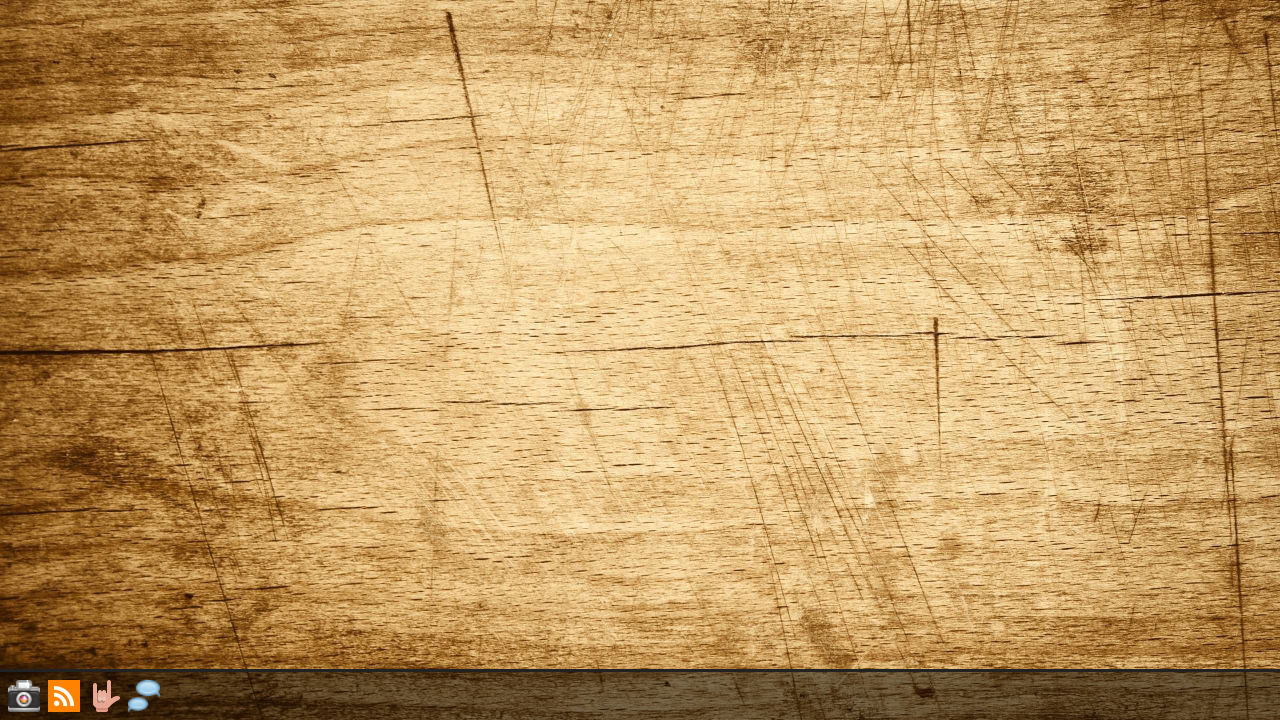
Repository: dv222bk/1dv403-laborationer
Page: 5-pwd/index.html
The author's editor kept a record of every edit. The page is drawn from the files as they stood at one moment, then again after the next edit.
The browser window is 1280 px wide. The pictures show the whole page.

Above is the page before.
Console error: TypeError: Cannot set properties of undefined (setting 'onclick')

### 5-pwd/index.html
<!DOCTYPE html>
<html>
    <head>
    	<meta charset="UTF-8" />
    	<title>Laboration 5 - PWD</title>
    	<link rel="stylesheet" type="text/css" href="DESKTOPAPP/css/desktopstyle.css" />
    	<link rel="stylesheet" type="text/css" href="DESKTOPAPP/apps/imageviewer/css/imageviewerstyle.css" />
    	<link rel="stylesheet" type="text/css" href="DESKTOPAPP/apps/rssreader/css/rssreaderstyle.css" />
    	<link rel="stylesheet" type="text/css" href="DESKTOPAPP/apps/memory/css/memorystyle.css" />
    </head>
    <body>
        <div id="desktop"></div>
        <script type="text/javascript" src="DESKTOPAPP/script/desktop.js"></script>
        <script type="text/javascript" src="DESKTOPAPP/script/desktopwindow.js"></script>
        <script type="text/javascript" src="DESKTOPAPP/apps/imageviewer/script/imageviewerapp.js"></script>
        <script type="text/javascript" src="DESKTOPAPP/apps/rssreader/script/rssreaderapp.js"></script>
        <script type="text/javascript" src="DESKTOPAPP/apps/memory/script/memoryapp.js"></script>
        <script type="text/javascript" src="DESKTOPAPP/apps/memory/script/random.js"></script>
        <script type="text/javascript" src="script/script.js"></script>
    </body>
</html>

### 5-pwd/DESKTOPAPP/css/desktopstyle.css
/*
* Reset all original styles
*/
/* http://meyerweb.com/eric/tools/css/reset/
   v2.0 | 20110126
   License: none (public domain)
*/

html, body, div, span, applet, object, iframe,
h1, h2, h3, h4, h5, h6, p, blockquote, pre,
a, abbr, acronym, address, big, cite, code,
del, dfn, em, img, ins, kbd, q, s, samp,
small, strike, strong, sub, sup, tt, var,
b, u, i, center,
dl, dt, dd, ol, ul, li,
fieldset, form, label, legend,
table, caption, tbody, tfoot, thead, tr, th, td,
article, aside, canvas, details, embed,
figure, figcaption, footer, Header, hgroup,
menu, nav, output, ruby, section, summary,
time, mark, audio, video, main {
	margin: 0;
	padding: 0;
	border: 0;
	font-size: 100%;
	font: inherit;
	vertical-align: baseline;
}
/* HTML5 display-role reset for older browsers */
article, aside, details, figcaption, figure,
footer, Header, hgroup, main, menu, nav, section {
	display: block;
}
body {
	line-height: 1;
}
ol, ul {
	list-style: none;
}
blockquote, q {
	quotes: none;
}
blockquote:before, blockquote:after,
q:before, q:after {
	content: '';
	content: none;
}
table {
	border-collapse: collapse;
	border-spacing: 0;
}

/*     START OF CSS CHANGES     */
.desktopApp {
    position: absolute;
    top: 0;
    bottom: 0;
    height: 100%;
    width: 100%;
    overflow: hidden;
    background: url(../pics/background.jpg) no-repeat center center fixed;
    -webkit-background-size: cover;
    -moz-background-size: cover;
    -o-background-size: cover;
    background-size: cover;
}
.desktopApp .overlay {
     visibility: hidden;
     position: absolute;
     left: 0px;
     top: 0px;
     width: 100%;
     height: 100%;
     background-color: #000000;
     background-color: rgba(0, 0, 0, 0.8);
}
.desktopApp .overlay .alertWindow {
    width: auto;
    padding: 3em;
    background-color: #e1dcc7;
    border: 0.3em solid #C7C2B0;
    border-radius: 1em;
    position: absolute;
    top: 50%;
    left: 50%;
    transform: translate(-50%, -50%);
}
.desktopApp .overlay .alertWindow p {
    float: left;
    display: inline-block;
}
.desktopApp .overlay .alertWindow input[type=radio] {
    float: left;
    clear: left;
    margin-bottom: 1em;
    display: block;
}
.desktopApp .overlay .alertWindow input[type=text] {
    float: left;
    margin-bottom: 1em;
    display: block;
}
.desktopApp .overlay .alertWindow button {
    margin-left: 1em;
    float: left;
}
.desktopApp .overlay .alertWindow select {
    float: left;
}
.desktopApp .overlay .screenSaver {
    position: absolute;
    font-size: 5em;
    color: #FFFFFF;
    top: 25%;
    left: 25%;
    -webkit-transition: 2s ease-in-out;
    -moz-transition: 2s ease-in-out;
    -o-transition: 2s ease-in-out;
    transition: 2s ease-in-out;
}
.desktopApp .desktopToolbar {
    position: absolute;
    bottom: 0;
    width: 100%;
    height: 2.5em;
    padding: 0.5em 0em 0em 0.5em;
    background-color: #000000;
    background-color: rgba(0, 0, 0, 0.5);
    border-top: 0.2em solid #222222;
}
.desktopApp .desktopToolbar .appIcon, .desktopApp .desktopToolbar .closeAllWindows {
    height: 2em;
    width: 2em;
    margin-right: 0.5em;
    -webkit-transition: 0.1s ease;
    -moz-transition: 0.1s ease;
    -o-transition: 0.1s ease;
    transition: 0.1s ease;
}
.desktopApp .desktopToolbar .closeAllWindows {
    position: absolute;
    bottom: 0;
    right: 0;
}
.desktopApp .desktopToolbar .appIcon:hover, .desktopApp .desktopToolbar .closeAllWindows:hover {
    transform: scale(1.2);
}
.desktopApp .windowHolder {
    position: absolute;
    width: 30em;
    border-left: 0.2em solid black;
    border-right: 0.2em solid black;
    border-radius: 1em; /* If this is changed, don't forget to edit it in desktopWindow.js createWindow() */
    border-bottom-right-radius: 0;
    overflow: hidden;
    box-shadow: 2px 2px 5px #000000;
}
.desktopApp .windowHeader, .desktopApp .windowStatus {
    width: 100%;
    height: 2em;
    background-color: #111111;
    -webkit-touch-callout: none;
    -webkit-user-select: none;
    -khtml-user-select: none;
    -moz-user-select: none;
    -ms-user-select: none;
    user-select: none;
}
.desktopApp .windowHeader {
    height: 3em;
    position: relative;
    border-top-left-radius: 0.3em;
    border-top-right-radius: 0.3em;
    z-index: 1;
}
.desktopApp .windowHeader div {
    width: 100%;
    height: 1.8em;
    cursor: pointer;
}
.desktopApp .windowHeader div:active {
    cursor: move;
}
.desktopApp .windowHeader p, .desktopApp .windowHeader .contextMenu {
    font: bold 0.8em Arial, Helvetica, sans-serif;
    color: #FFFFFF;
    margin-top: 0.7em;
    float: left;
    cursor: default;
}
.desktopApp .windowHeader img {
    margin: 0.5em 1em 0 0.5em;
    height: 1em;
    width: 1em;
    float: left;
}
.desktopApp .windowHeader button {
    width: 4em;
    margin: 0.4em;
    font-weight: bolder;
    background-color: #772118;
    border: 0.1em solid #666666;
    border-radius: 0.2em;
    color: #FFFFFF;
    float: right;
    cursor: pointer;
}
.desktopApp .windowHeader button:hover {
    background-color: #E6473D;
}
.desktopApp .windowHeader .contextMenu {
    clear: both;
    position: relative;
    width: 100%;
    margin: 0 0.5em;
}
.desktopApp .windowHeader .contextMenu img {
    width: 2em;
    height: 2em;
    margin-top: 1em;
}
.desktopApp .windowHeader .contextMenu li {
    display: inline-block;
    padding: 0 1em;
    cursor: pointer;
}
.desktopApp .windowHeader .contextMenu ul {
    display: none;
    position: absolute;
    top: 1.3em;
    list-style: none;
    background-color: #000000;
}
.desktopApp .windowHeader .contextMenu li ul li {
    padding: 0;
    float: left;
    clear: both;
    width: 100%;
}
.desktopApp .windowHeader .contextMenu li ul li a {
    display: block;
    padding-right: 1em;
    line-height: 4em;
}
.desktopApp .windowHeader .contextMenu li:hover, .desktopApp .windowHeader .contextMenu li ul li:hover {
    background-color: #555555;
}
.desktopApp .windowBody {
    width: 100%;
    height: 21em;
    position: relative;
    max-height: 21em;
    background-color: #FFFFFF;
    overflow-y: auto;
    word-wrap: break-word;
}
.desktopApp .windowStatus {
    font: bold 0.7em Arial, Helvetica, sans-serif;
    border-bottom-left-radius: 0.3em; /* If this is changed, don't forget to edit it in desktopWindow.js createWindow() */
    color: #CCCCCC;
    width: 99%;
    padding: 0.5em 0 0 1%;
}
.desktopApp .windowStatus p {
    display: inline;
}
.desktopApp .windowStatus .windowResize {
    float: right;
    width: 1em;
    height: 1em;
    margin-top: 0.5em;
    padding: 0.5em 0 0 0.5em;
    background-image: url(../pics/menuIcons/resize.png);
    background-position: bottom right;
    background-repeat: no-repeat;
    cursor: se-resize;
}

### 5-pwd/DESKTOPAPP/apps/imageviewer/css/imageviewerstyle.css
/*
* Reset all original styles
*/
/* http://meyerweb.com/eric/tools/css/reset/
   v2.0 | 20110126
   License: none (public domain)
*/

html, body, div, span, applet, object, iframe,
h1, h2, h3, h4, h5, h6, p, blockquote, pre,
a, abbr, acronym, address, big, cite, code,
del, dfn, em, img, ins, kbd, q, s, samp,
small, strike, strong, sub, sup, tt, var,
b, u, i, center,
dl, dt, dd, ol, ul, li,
fieldset, form, label, legend,
table, caption, tbody, tfoot, thead, tr, th, td,
article, aside, canvas, details, embed,
figure, figcaption, footer, Header, hgroup,
menu, nav, output, ruby, section, summary,
time, mark, audio, video, main {
	margin: 0;
	padding: 0;
	border: 0;
	font-size: 100%;
	font: inherit;
	vertical-align: baseline;
}
/* HTML5 display-role reset for older browsers */
article, aside, details, figcaption, figure,
footer, Header, hgroup, main, menu, nav, section {
	display: block;
}
body {
	line-height: 1;
}
ol, ul {
	list-style: none;
}
blockquote, q {
	quotes: none;
}
blockquote:before, blockquote:after,
q:before, q:after {
	content: '';
	content: none;
}
table {
	border-collapse: collapse;
	border-spacing: 0;
}

/*     START OF CSS CHANGES     */
.imageViewerApp {
    min-width: 100%;
    min-height: 100%;
    background-color: #e1dcc7;
}
.imageViewerApp a {
    padding: 0.7em;
    margin: 0.5em;
    border-radius: 0.7em;
    background-color: #c7c2b0;
    border: 0.1em solid #bdb8a7;
    display: inline-block;
    transition: 0.1s ease;
}
.imageViewerApp a:hover {
    transform: scale(1.1);
}
.imageViewerApp img {
    display: block;
    margin-left: auto;
    margin-right: auto;
}

### 5-pwd/DESKTOPAPP/apps/rssreader/css/rssreaderstyle.css
/*
* Reset all original styles
*/
/* http://meyerweb.com/eric/tools/css/reset/
   v2.0 | 20110126
   License: none (public domain)
*/

html, body, div, span, applet, object, iframe,
h1, h2, h3, h4, h5, h6, p, blockquote, pre,
a, abbr, acronym, address, big, cite, code,
del, dfn, em, img, ins, kbd, q, s, samp,
small, strike, strong, sub, sup, tt, var,
b, u, i, center,
dl, dt, dd, ol, ul, li,
fieldset, form, label, legend,
table, caption, tbody, tfoot, thead, tr, th, td,
article, aside, canvas, details, embed,
figure, figcaption, footer, Header, hgroup,
menu, nav, output, ruby, section, summary,
time, mark, audio, video, main {
	margin: 0;
	padding: 0;
	border: 0;
	font-size: 100%;
	font: inherit;
	vertical-align: baseline;
}
/* HTML5 display-role reset for older browsers */
article, aside, details, figcaption, figure,
footer, Header, hgroup, main, menu, nav, section {
	display: block;
}
body {
	line-height: 1;
}
ol, ul {
	list-style: none;
}
blockquote, q {
	quotes: none;
}
blockquote:before, blockquote:after,
q:before, q:after {
	content: '';
	content: none;
}
table {
	border-collapse: collapse;
	border-spacing: 0;
}

/*     START OF CSS CHANGES     */
.RSSReaderApp {
    min-width: 100%;
    min-height: 100%;
    background-color: #e1dcc7;
}
.RSSReaderApp .RSSFeed {
    width: 100%;
}
.RSSReaderApp a:not(:first-child) {
    display: block;
}
.RSSReaderApp h2 {
    width: 96%;
    font-weight: bolder;
    font-size: 0.9em;
    padding: 2%;
    margin-top: 1em;
    background-color: #c7c2b0;
    display: inline-block;
}
.RSSReaderApp img {
    display: block;
    max-width: 100%;
    margin-left: auto;
    margin-right: auto;
}

### 5-pwd/DESKTOPAPP/apps/memory/css/memorystyle.css
/*
* Reset all original styles
*/
/* http://meyerweb.com/eric/tools/css/reset/
   v2.0 | 20110126
   License: none (public domain)
*/

html, body, div, span, applet, object, iframe,
h1, h2, h3, h4, h5, h6, p, blockquote, pre,
a, abbr, acronym, address, big, cite, code,
del, dfn, em, img, ins, kbd, q, s, samp,
small, strike, strong, sub, sup, tt, var,
b, u, i, center,
dl, dt, dd, ol, ul, li,
fieldset, form, label, legend,
table, caption, tbody, tfoot, thead, tr, th, td,
article, aside, canvas, details, embed,
figure, figcaption, footer, Header, hgroup,
menu, nav, output, ruby, section, summary,
time, mark, audio, video, main {
	margin: 0;
	padding: 0;
	border: 0;
	font-size: 100%;
	font: inherit;
	vertical-align: baseline;
}
/* HTML5 display-role reset for older browsers */
article, aside, details, figcaption, figure,
footer, Header, hgroup, main, menu, nav, section {
	display: block;
}
body {
	line-height: 1;
}
ol, ul {
	list-style: none;
}
blockquote, q {
	quotes: none;
}
blockquote:before, blockquote:after,
q:before, q:after {
	content: '';
	content: none;
}
table {
	border-collapse: collapse;
	border-spacing: 0;
}

/* CSS TRANSITIONS http://stackoverflow.com/questions/11679567/using-css-for-fade-in-effect-on-page-load*/

@keyframes fadeout {
    from { opacity: 1; }
    to   { opacity: 0; }
}

/* Firefox < 16 */
@-moz-keyframes fadeout {
    from { opacity: 1; }
    to   { opacity: 0; }
}

/* Safari, Chrome and Opera > 12.1 */
@-webkit-keyframes fadeout {
    from { opacity: 1; }
    to   { opacity: 0; }
}

/* Internet Explorer */
@-ms-keyframes fadeout {
    from { opacity: 1; }
    to   { opacity: 0; }
}

/* Opera < 12.1 */
@-o-keyframes fadeout {
    from { opacity: 1; }
    to   { opacity: 0; }
}

/*     START OF CSS CHANGES     */
.MemoryGame {
    background-color: #FFFFFF;
    display: block;
    width: 100%;
    height: 100%;
    overflow: hidden;
}
.MemoryGame div {
    float: left;
    display: inline;
    clear: both;
    width: auto;
}
.MemoryGame img {
    width: 3em;
    margin: 0.15em;
}
.MemoryGame p {
    float: left;
}
.MemoryGame .complete {
    -webkit-animation: fadeout 1s; /* Safari, Chrome and Opera > 12.1 */
    -moz-animation: fadeout 1s; /* Firefox < 16 */
    -ms-animation: fadeout 1s; /* Internet Explorer */
    -o-animation: fadeout 1s; /* Opera < 12.1 */
    animation: fadeout 1s;
    opacity: 0;
}

### 5-pwd/DESKTOPAPP/script/desktop.js
"use strict";

var DESKTOPAPP = DESKTOPAPP || {};

DESKTOPAPP.Desktop = function(elementID) {
    var openWindows, lastWindowX, lastWindowY, zIndex, idleTime, increaseIdleTimeInterval, screenSaverInterval;
    var that = this;

    /* root element */
    this.root = document.getElementById(elementID);

    /* app holder */
    this.apps =
    [
        {
            "name": "ImageViewer",
            "iconURL": "DESKTOPAPP/pics/appIcons/imageViewer.png",
            "appURL": DESKTOPAPP.apps.ImageViewer
        },
        {
            "name": "RSSReader",
            "iconURL": "DESKTOPAPP/pics/appIcons/RSSReader.png",
            "appURL": DESKTOPAPP.apps.RSSReader
        },
        {
            "name": "Memory",
            "iconURL": "DESKTOPAPP/pics/appIcons/memory.png",
            "appURL": DESKTOPAPP.apps.Memory
        },
        {
            "name": "LabbyMezzage",
            "iconURL": "DESKTOPAPP/pics/appIcons/labbymezzage.png",
            "appURL": DESKTOPAPP.apps.LabbyMezzage
        }
    ];

    openWindows = [];
    lastWindowX = 20;
    lastWindowY = 20;
    zIndex = 1;
    idleTime = 0;
    increaseIdleTimeInterval = setInterval(increaseIdleTime, 10000);

    document.onmousemove = function() {
        that.stopScreenSaver();
    };

    document.onkeypress = function() {
        that.stopScreenSaver();
    };

    function increaseIdleTime() {
        idleTime += 1;
        if(idleTime === 6) {
            that.startScreenSaver();
        }
    }

    this.resetIdleTime = function() {
        idleTime = 0;
    };

    this.getIdleTime = function() {
        return idleTime;
    };

    this.clearScreenSaverInterval = function() {
        screenSaverInterval = null;
    };

    this.setScreenSaverInterval = function(interval) {
        screenSaverInterval = interval;
    };

    this.getWindows = function() {
        return openWindows;
    };
    this.addWindow = function(windowHolder) {
        openWindows.push(windowHolder);
        windowHolder.style.zIndex = zIndex;
        this.root.querySelector(".desktopToolbar").style.zIndex = zIndex + 1;
        this.increaseZIndex();
    };
    this.setLastWindowX = function(xCord) {
        lastWindowX = xCord;
    };
    this.getLastWindowX = function() {
        return lastWindowX;
    };
    this.setLastWindowY = function(yCord) {
        lastWindowY = yCord;
    };
    this.getLastWindowY = function() {
        return lastWindowY;
    };
    this.getZIndex = function() {
        return zIndex;
    };
    this.increaseZIndex = function() {
        zIndex += 1;
    };

    this.overlay;

    /* Close window menu when clicking somewhere other than the menu */
    document.onmousedown = function(e) {
        var menu, i, k;
        for(i = 0; i < openWindows.length; i += 1) {
            menu = openWindows[i].querySelectorAll(".contextMenu ul ");
            for (k = 0; k < menu.length; k++) {
                if(menu[k].style.display !== "none" && menu[k] !== e.target && menu[k].parentNode !== e.target) {
                    menu[k].style.display = "none";
                }
            }
        }
    };

    this.createApp();
};

DESKTOPAPP.Desktop.prototype.createApp = function() {
    var appbody, toolbar, appLink, app, i, closeAllWindowsLink, closeAllWindows;
    var that = this;

    /* AppBody */
    appbody = document.createElement("section");
    appbody.className = "desktopApp";
    this.root.appendChild(appbody);

    /* overlay */
    this.overlay = document.createElement("div");
    this.overlay.className = "overlay";
    this.overlay.onmousedown = function(e) {
        if(e.target === this) {
            e.preventDefault();
            that.toggleOverlay();
            return false;
        }
    };
    appbody.appendChild(this.overlay);

    /* Toolbar */
    toolbar = document.createElement("div");
    toolbar.className = "desktopToolbar";
    appbody.appendChild(toolbar);

    /* Apps */
    for(i = 0; i < this.apps.length; i += 1) {
        appLink = document.createElement("a");
        appLink.app = i;
        appLink.onclick = function(e) {
            e.preventDefault();
            new that.apps[this.app].appURL(this.app, that);
            return false;
        };
        app = document.createElement("img");
        app.alt = "Klicka för att starta " + this.apps[i].name + " appen";
        app.title = this.apps[i].name;
        app.src = this.apps[i].iconURL;
        app.className = "appIcon";
        appLink.appendChild(app);
        toolbar.appendChild(appLink);
    }

    /* Close all Windows icon */
    closeAllWindowsLink = document.createElement("a");
    closeAllWindowsLink.className = "closeAllWindows";
    closeAllWindows.onclick = function(e) {
        e.preventDefault();
        that.closeAllWindows();
        return false;
    };
    toolbar.appendChild(closeAllWindowsLink);

    closeAllWindows = document.createElement("img");
    closeAllWindows.alt = "Klicka här för att stänga alla öppna fönster";
    closeAllWindows.title = "Stäng alla öppna fönster";
    closeAllWindows.src = "DESKTOPAPP/pics/appIcons/closeallwindows.png";
    closeAllWindowsLink.appendChild(closeAllWindows);
};

/* http://www.kirupa.com/html5/get_element_position_using_javascript.htm */
DESKTOPAPP.Desktop.prototype.getWindowCords = function(windowHolder) {
    var xPosition, yPosition, maxX, maxY;

    yPosition = 0;
    xPosition = 0;

    if(windowHolder !== undefined) {
        maxX = window.innerWidth - windowHolder.offsetWidth - 40;
        maxY = window.innerHeight - windowHolder.offsetHeight - this.root.querySelector(".desktopToolbar").offsetHeight;
    }

    while(windowHolder) {
        xPosition += (windowHolder.offsetLeft - windowHolder.scrollLeft + windowHolder.clientLeft);
        yPosition += (windowHolder.offsetTop - windowHolder.scrollTop + windowHolder.clientTop);
        windowHolder = windowHolder.offsetParent;
    }

    if(xPosition >= maxX) {
        xPosition = 0;
    }
    if(yPosition >= maxY) {
        yPosition = 0;
    }

    return { x: xPosition, y: yPosition };
};

DESKTOPAPP.Desktop.prototype.updateLastWindowCords = function() {
    var cords;
    cords = this.getWindowCords(this.getWindows()[this.getWindows().length - 1]);
    this.setLastWindowX(cords.x);
    this.setLastWindowY(cords.y);
};

DESKTOPAPP.Desktop.prototype.removeWindow = function(windowHolder) {
    var index = this.getWindows().indexOf(windowHolder);
    if (index > -1) {
        windowHolder.parentNode.removeChild(windowHolder);
        if (typeof windowHolder.windowClass.closeWindow == 'function') {
            windowHolder.windowClass.closeWindow();
        }
        this.getWindows().splice(index, 1);
    }
};

DESKTOPAPP.Desktop.prototype.closeAllWindows = function() {
    var i;
    for (i = 0; i < this.getWindows().length; i += 1) {
        this.removeWindow(this.getWindows()[i]);
    }
};

DESKTOPAPP.Desktop.prototype.makeWindowLast = function(windowHolder) {
    if(this.getWindows().indexOf(windowHolder) !== (this.getWindows().length - 1)) {
        this.removeWindow(windowHolder);
        this.addWindow(windowHolder);
    }
};

DESKTOPAPP.Desktop.prototype.toggleOverlay = function() {
    if(this.overlay.style.visibility === "visible") {
        this.overlay.style.visibility = "hidden";
        this.overlay.innerHTML = "";
    } else {
        this.overlay.style.visibility = "visible";
    }
    this.overlay.style.zIndex = this.getZIndex() + 1;
};

DESKTOPAPP.Desktop.prototype.startScreenSaver = function() {
    var text;
    text = document.createElement("p");
    text.className = "screenSaver";
    text.innerHTML = "SCREENSAVER";
    this.setScreenSaverInterval(setInterval(moveText, 2000));
    this.overlay.appendChild(text);
    this.toggleOverlay();

    function moveText() {
        var randomNumber = Math.floor((Math.random() * 80));
        text.style.top = randomNumber + "%";
        randomNumber = Math.floor((Math.random() * 60));
        text.style.left = randomNumber + "%";

        randomNumber = Math.floor((Math.random() * 9) + 1);
        switch(randomNumber) {
            case 1:
                text.style.color = "#FF8300";
                break;
            case 2:
                text.style.color = "#48A5F8";
                break;
            case 3:
                text.style.color = "#EF5F20";
                break;
            case 4:
                text.style.color = "#C397D8";
                break;
            case 5:
                text.style.color = "#62A83F";
                break;
            case 6:
                text.style.color = "#FFDE3D";
                break;
            case 7:
                text.style.color = "#E9D7D2";
                break;
            case 8:
                text.style.color = "#FFFFFF";
                break;
            case 9:
                text.style.color = "#ACACAC";
                break;
        }
    }
};

DESKTOPAPP.Desktop.prototype.stopScreenSaver = function() {
    if(this.getIdleTime() >= 6) {
        this.clearScreenSaverInterval();
        this.overlay.removeChild(this.overlay.querySelector("p"));
        this.toggleOverlay();
    }
    this.resetIdleTime();
};

### 5-pwd/script/script.js
"use strict";

window.onload = function() {
    new DESKTOPAPP.Desktop("desktop");
};

Loaded but not shown: 5-pwd/DESKTOPAPP/script/desktopwindow.js (323 lines, source omitted); 5-pwd/DESKTOPAPP/apps/memory/script/memoryapp.js (305 lines, source omitted); 5-pwd/DESKTOPAPP/apps/rssreader/script/rssreaderapp.js (275 lines, source omitted); 5-pwd/DESKTOPAPP/apps/imageviewer/script/imageviewerapp.js (106 lines, source omitted); 5-pwd/DESKTOPAPP/apps/memory/script/random.js (no copy from this time; the picture is the same without it)

After the next edit:
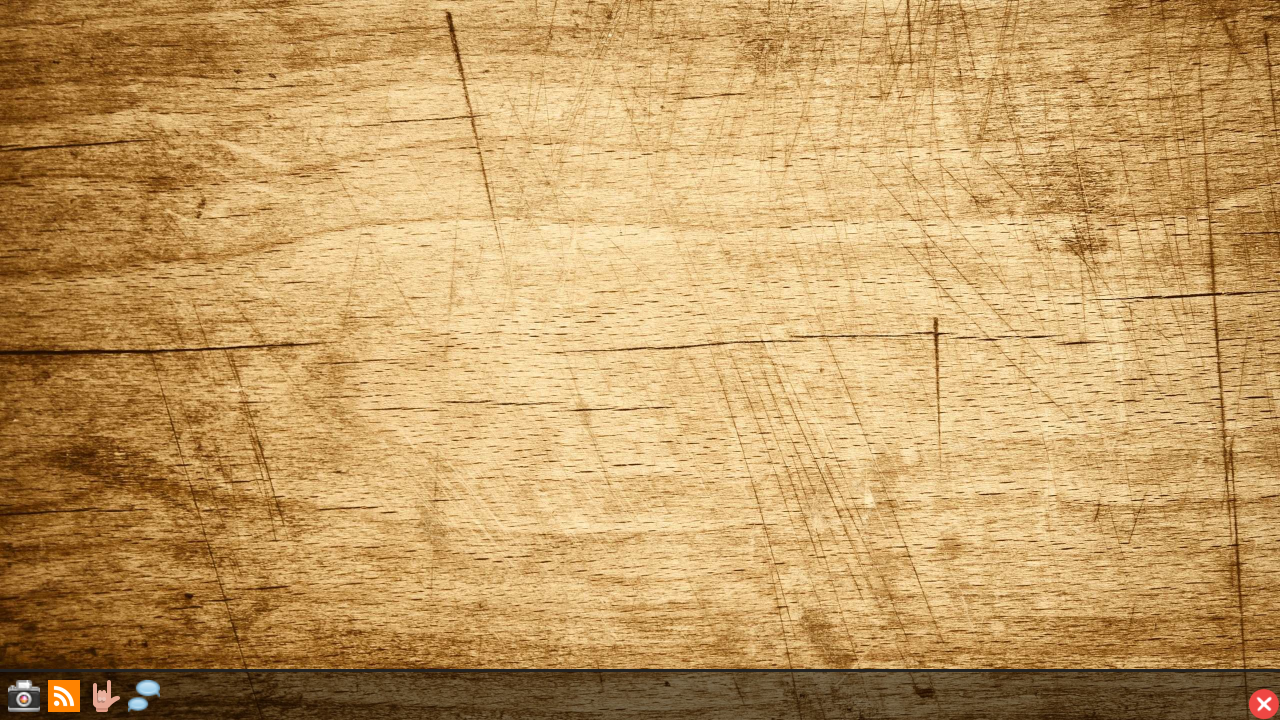
The error is gone.
The edit:
--- a/5-pwd/DESKTOPAPP/script/desktop.js
+++ b/5-pwd/DESKTOPAPP/script/desktop.js
@@ -165,7 +165,7 @@
     /* Close all Windows icon */
     closeAllWindowsLink = document.createElement("a");
     closeAllWindowsLink.className = "closeAllWindows";
-    closeAllWindows.onclick = function(e) {
+    closeAllWindowsLink.onclick = function(e) {
         e.preventDefault();
         that.closeAllWindows();
         return false;
